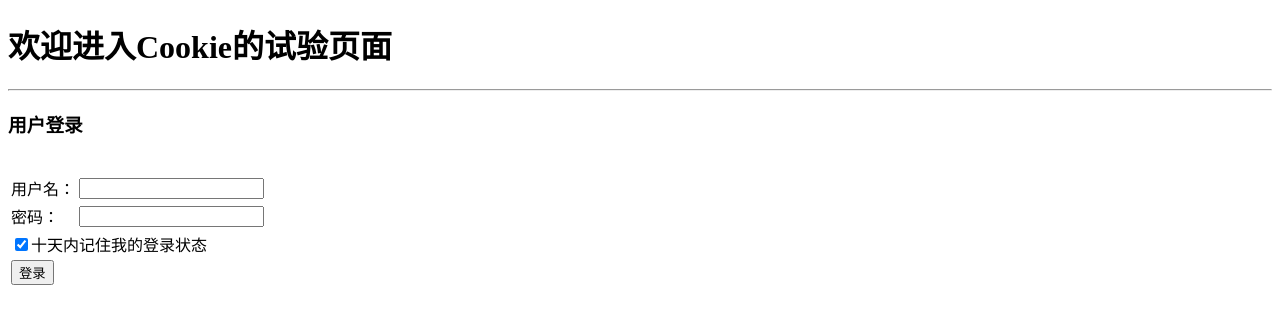
Repository: winxblast/myJavaLearn
Page: http://localhost/CookieDemo1/login.jsp
These files come from the project's save history. The page is drawn as it stood at one moment and after the next save; the edit follows.
The browser window is 1280 px wide. The pictures show the whole page.
The page is served by Tomcat 9.

Above is the page before, as saved 2017-05-30 13:06:46.

After the next save:
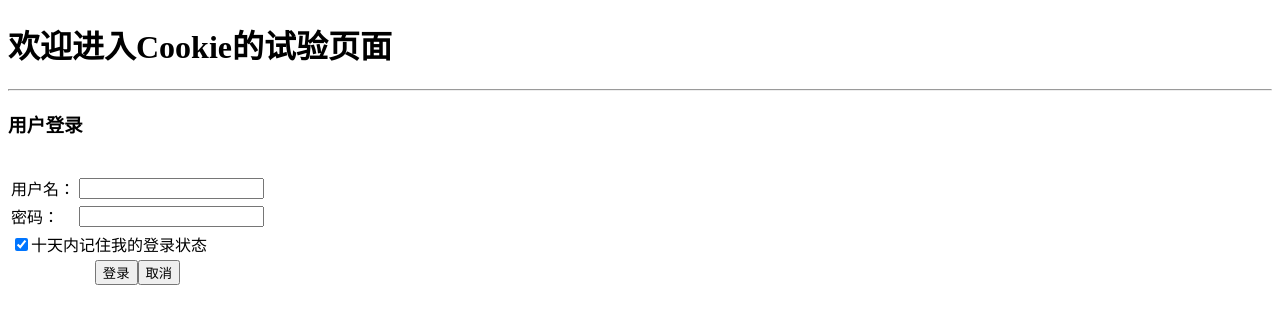
Saved 80 s later.
--- a/JavaEE/CookieDemo1/WebContent/login.jsp
+++ b/JavaEE/CookieDemo1/WebContent/login.jsp
@@ -24,7 +24,7 @@
 				<td colspan="2"><input type="checkbox" name="isUseCookie" checked="checked" >十天内记住我的登录状态</td>
 			</tr>
 			<tr>
-				<td colspan="2"><input type="submit" value="登录"></td>
+				<td colspan="2" align="center"><input type="submit" value="登录"><input type="submit" value="取消"></td>
 			</tr>
 		</table>
 	</form>
